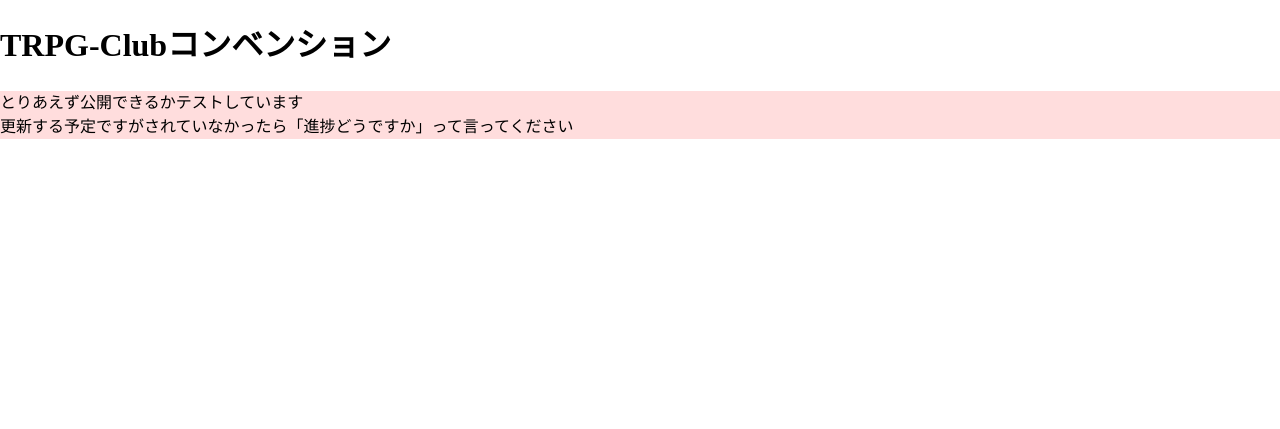
Repository: 0006hal/tpucon21
Page: index.html
The author's editor kept a copy of each file at every save. The page is drawn from the files as they stood at one save, then again after the next save.
The browser window is 1280 px wide. The pictures show the whole page.

Above is the page before, as saved 2021-06-08 23:38:43.

After the next save:
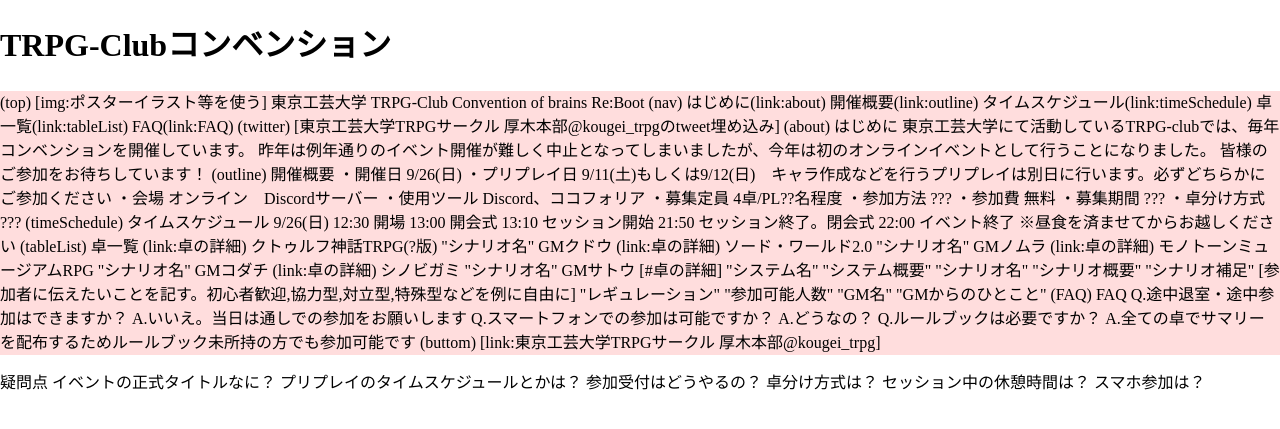
Saved 31 days later.
--- a/index.html
+++ b/index.html
@@ -14,8 +14,107 @@
     <h1>TRPG-Clubコンベンション</h1>
   </header>
   <main>
-    <p>とりあえず公開できるかテストしています<br>更新する予定ですがされていなかったら「進捗どうですか」って言ってください</p>
+    <p>
+    (top)
+    [img:ポスターイラスト等を使う]
+    東京工芸大学 TRPG-Club Convention of brains Re:Boot
+
+    (nav)
+    はじめに(link:about)
+    開催概要(link:outline)
+    タイムスケジュール(link:timeSchedule)
+    卓一覧(link:tableList)
+    FAQ(link:FAQ)
+
+    (twitter)
+    [東京工芸大学TRPGサークル 厚木本部@kougei_trpgのtweet埋め込み]
+
+    (about)
+    はじめに
+    東京工芸大学にて活動しているTRPG-clubでは、毎年コンベンションを開催しています。
+    昨年は例年通りのイベント開催が難しく中止となってしまいましたが、今年は初のオンラインイベントとして行うことになりました。
+    皆様のご参加をお待ちしています！
+
+    (outline)
+    開催概要
+    ・開催日 9/26(日)
+    ・プリプレイ日 9/11(土)もしくは9/12(日)　キャラ作成などを行うプリプレイは別日に行います。必ずどちらかにご参加ください
+    ・会場 オンライン　Discordサーバー
+    ・使用ツール Discord、ココフォリア
+    ・募集定員 4卓/PL??名程度
+    ・参加方法 ???
+    ・参加費 無料
+    ・募集期間 ???
+    ・卓分け方式 ???
+
+    (timeSchedule)
+    タイムスケジュール
+    9/26(日)
+    12:30 開場
+    13:00 開会式
+    13:10 セッション開始
+    21:50 セッション終了。閉会式
+    22:00 イベント終了
+    ※昼食を済ませてからお越しください
+
+    (tableList)
+    卓一覧
+
+    (link:卓の詳細)
+    クトゥルフ神話TRPG(?版)
+    "シナリオ名"
+    GMクドウ
+
+    (link:卓の詳細)
+    ソード・ワールド2.0
+    "シナリオ名"
+    GMノムラ
+
+    (link:卓の詳細)
+    モノトーンミュージアムRPG
+    "シナリオ名"
+    GMコダチ
+
+    (link:卓の詳細)
+    シノビガミ
+    "シナリオ名"
+    GMサトウ
+
+    [#卓の詳細]
+    "システム名"
+    "システム概要"
+    "シナリオ名"
+    "シナリオ概要"
+    "シナリオ補足"
+    [参加者に伝えたいことを記す。初心者歓迎,協力型,対立型,特殊型などを例に自由に]
+    "レギュレーション"
+    "参加可能人数"
+    "GM名"
+    "GMからのひとこと"
+
+    (FAQ)
+    FAQ
+    Q.途中退室・途中参加はできますか？
+    A.いいえ。当日は通しでの参加をお願いします
+
+    Q.スマートフォンでの参加は可能ですか？
+    A.どうなの？
+
+    Q.ルールブックは必要ですか？
+    A.全ての卓でサマリーを配布するためルールブック未所持の方でも参加可能です
+
+    (buttom)
+    [link:東京工芸大学TRPGサークル 厚木本部@kougei_trpg]
+    </p>
   </main>
-
+  <p>
+  疑問点
+  イベントの正式タイトルなに？
+  プリプレイのタイムスケジュールとかは？
+  参加受付はどうやるの？
+  卓分け方式は？
+  セッション中の休憩時間は？
+  スマホ参加は？
+</p>
 </body>
 </html>
